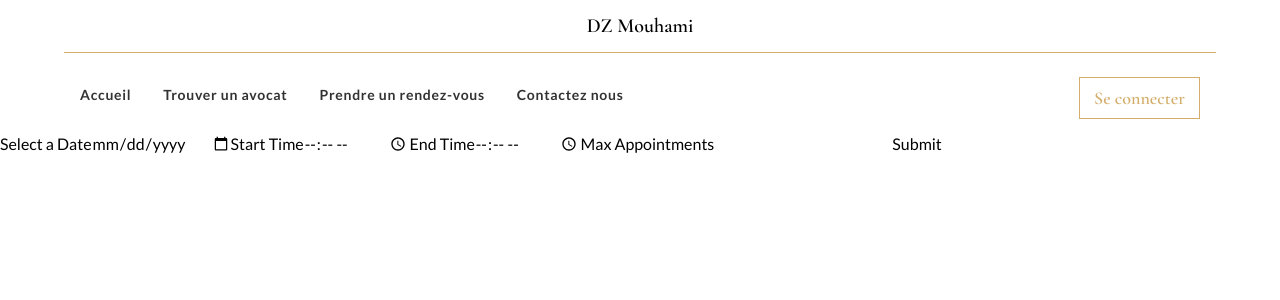
Repository: Chekrouba-Tinhinane/Mohami_dz
Page: /Available (app in client/)
These files come from the project's save history. The page is drawn as it stood at one moment and after the next save; the edit follows.
The browser window is 1280 px wide. The pictures show the whole page.
The page's requests for data from a server got no answer. The project was rebuilt for these pictures with package versions that can differ from the ones it lists, and the page was loaded fresh each time. No one was signed in, and anything a server would have sent is missing. Also part of the build but not shown: client/vite.config.js, client/src/components/super/Footer.jsx, client/src/LandingPage.jsx, client/src/SignIn.jsx, client/src/components/Selector.jsx, client/src/components/SearchContainer.jsx, client/src/components/LawyerCard.jsx, client/src/components/SearchBar.jsx and 13 more.

Above is the page before, as saved 2024-01-28 03:33:06.

### client/index.html
<!doctype html>
<html lang="en">
  <head>
    <meta charset="UTF-8" />
    <link rel="icon" type="image/svg+xml" href="/vite.svg" />
    <meta name="viewport" content="width=device-width, initial-scale=1.0" />
    <title>Mouhami DZ</title>
  </head>
  <body>
    <div id="root"></div>
    <script type="module" src="/src/App.jsx"></script>
  </body>
</html>

### client/src/App.jsx
import React, { useState, createContext, useContext, useEffect } from "react";
import { createRoot } from "react-dom/client";
import { BrowserRouter, Routes, Route } from "react-router-dom";
import "./index.css";
import LandingPage from "./LandingPage";
import SignIn from "./SignIn";
import Search from "./Search";
import HomeLayout from "./components/super/HomeLayout";
import Profile from "./components/Profile";
import ResultsPage from "./ResultsPage";
import SignUp from "./components/SignUp";
import maria from "./assets/maria/maria.jpg";
import ClientSignIn from "./ClientSignIn";
import AvailabilityForm from "./AvailabilityForm";
import axios from "axios";
import OwnProfile from "./OwnProfile";

const UserDataContext = createContext();

const App = () => {
  const [lawyers, setLawyers] = useState([]);

  useEffect(() => {
    const fetchLawyers = async () => {
      try {
        const response = await axios.get(
          "http://192.168.137.210:8000/avocat/avocat_list"
        );
        console.log(response.data);
        setLawyers(response.data);
      } catch (error) {
        console.error("Error fetching lawyers:", error);
      }
    };

    fetchLawyers(); // Call fetchLawyers when the component mounts
  }, []); // Empty dependency array ensures fetchLawyers is called only onc

  const [userData, setUserData] = useState(null);

  return (
    <UserDataContext.Provider value={{ userData, setUserData }}>
      <BrowserRouter>
        <Routes>
          <Route path={"/"} element={<LandingPage />} />
          <Route
            path={"/profile/:id"}
            element={
              <HomeLayout pageComponent={<Profile lawyers={lawyers} />} />
            }
          />
          <Route
            path={"/SelfProfile"}
            element={
              <HomeLayout
                pageComponent={
                  <OwnProfile
                    lawyer={{
                      avocat: {
                        siteweb: "google.com",
                        photo: "string",
                        ville: "jijel",
                        verified: false,
                        first_name: "BENBATTOUCHE",
                        region: "jijel",
                        id_speciality: 25,
                        id: 1,
                        codepostal: "18000",
                        last_name: "FOUAD TAREK",
                        password: "password",
                        email: "BENBATTOUCHE1@gmail.com",
                        langue: "arabic",
                        telephone: "1",
                        latitude: 0,
                        longitude: 0,
                      },
                      speciality_name: "Droit de l'immigration",
                    }}
                  />
                }
              />
            }
          />

          <Route path={"/ClientSignin"} element={<ClientSignIn />} />

          <Route
            path={"/Search"}
            element={
              <HomeLayout
                pageComponent={
                  <Search lawyers={lawyers} setLawyers={setLawyers} />
                }
              />
            }
          />
          <Route
            path={"/Available"}
            element={<HomeLayout pageComponent={<AvailabilityForm />} />}
          />
          <Route path={"/Signin"} element={<SignIn />} />
          {/*  <Route
          path={"/Schedule"}
          element={<HomeLayout pageComponent={<Schedule />} />}
        />


        <Route
          path={"/profile/:id"}
          element={<HomeLayout pageComponent={<Profile />} />}
        /> */}
          <Route
            path={"/SignUp"}
            element={<HomeLayout pageComponent={<SignUp />} />}
          />
        </Routes>
      </BrowserRouter>
    </UserDataContext.Provider>
  );
};

export const useUserData = () => useContext(UserDataContext);

export default App;

const root = createRoot(document.getElementById("root"));
root.render(<App />);

### client/src/index.css
@import url("https://fonts.googleapis.com/css2?family=Cormorant+Garamond:wght@300;400;500;600;700&family=Lato:wght@100;300;400;700;900&display=swap");

@tailwind base;
@tailwind components;
@tailwind utilities;

@layer base {
  a {
    @apply cursor-pointer;
  }
  h1 {
    @apply text-[50px] font-bold;
  }
  h2 {
    @apply text-[2.5rem] font-bold;
  }
  p {
  }
  h3 {
  }
  h4 {
    @apply text-[1rem] font-semibold;
  }
  textarea {
  }
  input {
  }
  select {
  }
}

* {
  /*font-family: 'Cormorant Garamond', serif; */
  font-family: "Lato", sans-serif;
  box-sizing: border-box;
  padding: 0;
  margin: 0;
}

.recursive {
  font-family: "Cormorant Garamond", serif;
}

.nav-item::after {
  content: "";
  display: block;
  width: 0;
  height: 2px;
  margin-top: 5px;
  background-color: rgb(212, 173, 107);
  transition: width 0.4s;
}

.nav-item:hover::after {
  width: 100%;
}

### client/src/components/super/HomeLayout.jsx
import React, { useState } from "react";
import NavBar from "./NavBar";

const HomeLayout = ({ pageComponent }) => {
  const navLinks = [
    { label: "Accueil", id: "about", offset: -50 },
    { label: "Trouver un avocat", id: "hero", offset: 0 },
    { label: "Prendre un rendez-vous", id: "appoint", offset: 50 },
    { label: "Contactez nous", id: "footer", offset: -100 }
  ];
  return (
    <div className=" flex flex-col min-h-screen items-center">
      <header className=" p-3 recursive border-b border-b-primary w-[90%] text-center font-semibold text-xl">
        {" "}
        DZ Mouhami{" "}
      </header>
      <NavBar links={navLinks} landing={true} />

      <div className={` w-full  `}>{pageComponent}</div>
    </div>
  );
};

export default HomeLayout;

### client/src/AvailabilityForm.jsx
import React from "react";
import { useFormik } from "formik";
import axios from "axios";

const initialValues = {
  DateInterval: "",
  HeureDebut: "",
  HeureFin: "",
  NbrMaxRdv: "",
  id_avocat: 1
};

const validate = (values) => {
  const errors = {};
  if (!values.DateInterval) {
    errors.DateInterval = "Date is required";
  }
  if (!values.HeureDebut) {
    errors.HeureDebut = "Start time is required";
  }
  if (!values.HeureFin) {
    errors.HeureFin = "End time is required";
  }
  if (!values.NbrMaxRdv) {
    errors.NbrMaxRdv = "Max appointments is required";
  } else if (isNaN(values.NbrMaxRdv)) {
    errors.NbrMaxRdv = "Max appointments must be a number";
  }
  return errors;
};

const AvailabilityForm = () => {
  const formik = useFormik({
    initialValues,
    validate,
    onSubmit: async (values) => {
      try {
        const response = await axios.post(
          "http://192.168.137.210:8000/creneau/add_creneau",
          values
        );
        console.log("Response:", response.data);
        // Handle success response
      } catch (error) {
        console.error("Error:", error);
        // Handle error response
      }
    },
  });

  return (
    <div>
      <form onSubmit={formik.handleSubmit}>
        <label htmlFor="DateInterval">Select a Date</label>
        <input
          id="DateInterval"
          name="DateInterval"
          type="date"
          value={formik.values.DateInterval}
          onChange={formik.handleChange}
        />
        {formik.errors.DateInterval && <div>{formik.errors.DateInterval}</div>}

        <label htmlFor="HeureDebut">Start Time</label>
        <input
          id="HeureDebut"
          name="HeureDebut"
          type="time"
          value={formik.values.HeureDebut}
          onChange={formik.handleChange}
        />
        {formik.errors.HeureDebut && <div>{formik.errors.HeureDebut}</div>}

        <label htmlFor="HeureFin">End Time</label>
        <input
          id="HeureFin"
          name="HeureFin"
          type="time"
          value={formik.values.HeureFin}
          onChange={formik.handleChange}
        />
        {formik.errors.HeureFin && <div>{formik.errors.HeureFin}</div>}

        <label htmlFor="NbrMaxRdv">Max Appointments</label>
        <input
          id="NbrMaxRdv"
          name="NbrMaxRdv"
          type="number"
          value={formik.values.NbrMaxRdv}
          onChange={formik.handleChange}
        />
        {formik.errors.NbrMaxRdv && <div>{formik.errors.NbrMaxRdv}</div>}

        <button type="submit">Submit</button>
      </form>
    </div>
  );
};

export default AvailabilityForm;

### client/src/components/super/NavBar.jsx
import { motion } from "framer-motion";
import { Link } from "react-router-dom";
import { Link as ScrollLink } from "react-scroll";

const NavBar = ({ links, landing }) => {
  return (
    <div
      whileHover={{ scale: 1, originX: 0, color: "#D4AD6B" }}
      transition={{ type: "tween", duration: 0.2 }}
      className={`  ${
        landing ? "px-20" : ""
      } flex items-center pt-6 mb-3 w-full justify-between `}
    >
      <motion.ul className="flex gap-[2rem] text-sm">
        {links.map((link, index) => (
          <motion.li
            key={index}
            whileHover={{ scale: 1, originX: 0, color: "#D4AD6B" }}
            transition={{ type: "tween", duration: 0.2 }}
            className="font-semibold opacity-80 tracking-wider cursor-pointer"
          >
            <ScrollLink
              to={link.id}
              spy={true}
              smooth={true}
              offset={link.offset}
              duration={500}
              className="nav-item"
            >
              {link.label}
            </ScrollLink>
          </motion.li>
        ))}
      </motion.ul>
      {landing && (
        <div className="flex gap-[1rem]">
          <Link
            to={"/SignIn"}
            href=""
            className="recursive flex items-center font-semibold text-primary border border-primary bg-white text-center text-lg py-1.5 px-3.5 hover:bg-opacity-70"
          >
            Se connecter
          </Link>
        </div>
      )}
    </div>
  );
};

export default NavBar;

### client/tailwind.config.js
/** @type {import('tailwindcss').Config} */
module.exports = {
  content: ["./src/**/*.{js,jsx,ts,tsx}"],
  theme: {
    extend: {
      colors: {
        lightBrown: "#FAF5EE",
        primary: "#D4AD6B",
        lightTypo: "#563D2B"
      },
    },
  },
  plugins: [],
};

After the next save:
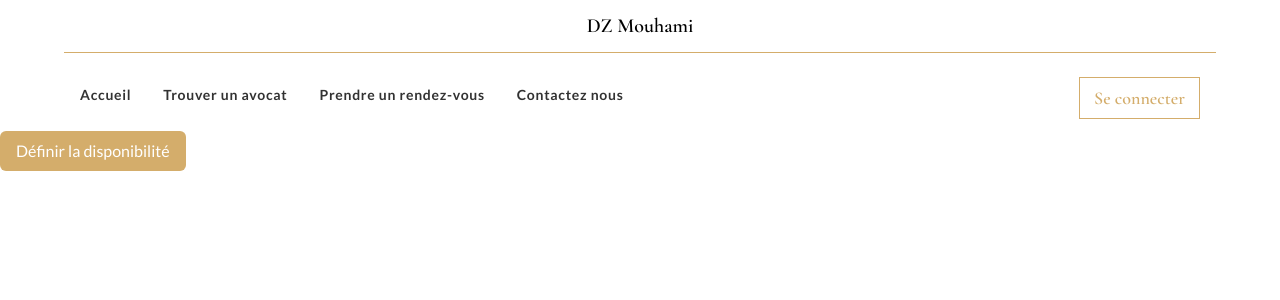
Saved 2 min 29 s later.
--- a/client/src/AvailabilityForm.jsx
+++ b/client/src/AvailabilityForm.jsx
@@ -1,100 +1,41 @@
-import React from "react";
+import React, { useState } from "react";
 import { useFormik } from "formik";
 import axios from "axios";
+import AvailabilityForm from "./AvailabilityForm"; // Import the AvailabilityForm component
 
-const initialValues = {
-  DateInterval: "",
-  HeureDebut: "",
-  HeureFin: "",
-  NbrMaxRdv: "",
-  id_avocat: 1
-};
-
-const validate = (values) => {
-  const errors = {};
-  if (!values.DateInterval) {
-    errors.DateInterval = "Date is required";
-  }
-  if (!values.HeureDebut) {
-    errors.HeureDebut = "Start time is required";
-  }
-  if (!values.HeureFin) {
-    errors.HeureFin = "End time is required";
-  }
-  if (!values.NbrMaxRdv) {
-    errors.NbrMaxRdv = "Max appointments is required";
-  } else if (isNaN(values.NbrMaxRdv)) {
-    errors.NbrMaxRdv = "Max appointments must be a number";
-  }
-  return errors;
-};
-
-const AvailabilityForm = () => {
-  const formik = useFormik({
-    initialValues,
-    validate,
-    onSubmit: async (values) => {
-      try {
-        const response = await axios.post(
-          "http://192.168.137.210:8000/creneau/add_creneau",
-          values
-        );
-        console.log("Response:", response.data);
-        // Handle success response
-      } catch (error) {
-        console.error("Error:", error);
-        // Handle error response
-      }
-    },
-  });
-
+const SetAvailabilityModal = ({ onClose }) => {
   return (
-    <div>
-      <form onSubmit={formik.handleSubmit}>
-        <label htmlFor="DateInterval">Select a Date</label>
-        <input
-          id="DateInterval"
-          name="DateInterval"
-          type="date"
-          value={formik.values.DateInterval}
-          onChange={formik.handleChange}
-        />
-        {formik.errors.DateInterval && <div>{formik.errors.DateInterval}</div>}
-
-        <label htmlFor="HeureDebut">Start Time</label>
-        <input
-          id="HeureDebut"
-          name="HeureDebut"
-          type="time"
-          value={formik.values.HeureDebut}
-          onChange={formik.handleChange}
-        />
-        {formik.errors.HeureDebut && <div>{formik.errors.HeureDebut}</div>}
-
-        <label htmlFor="HeureFin">End Time</label>
-        <input
-          id="HeureFin"
-          name="HeureFin"
-          type="time"
-          value={formik.values.HeureFin}
-          onChange={formik.handleChange}
-        />
-        {formik.errors.HeureFin && <div>{formik.errors.HeureFin}</div>}
-
-        <label htmlFor="NbrMaxRdv">Max Appointments</label>
-        <input
-          id="NbrMaxRdv"
-          name="NbrMaxRdv"
-          type="number"
-          value={formik.values.NbrMaxRdv}
-          onChange={formik.handleChange}
-        />
-        {formik.errors.NbrMaxRdv && <div>{formik.errors.NbrMaxRdv}</div>}
-
-        <button type="submit">Submit</button>
-      </form>
+    <div className="modal">
+      <div className="modal-content">
+        <span className="close" onClick={onClose}>&times;</span>
+        <AvailabilityForm />
+      </div>
     </div>
   );
 };
 
-export default AvailabilityForm;
+const SetAvailabilityButton = () => {
+  const [showModal, setShowModal] = useState(false);
+
+  const openModal = () => {
+    setShowModal(true);
+  };
+
+  const closeModal = () => {
+    setShowModal(false);
+  };
+
+  return (
+    <div>
+      <button
+        onClick={openModal}
+        className="bg-primary text-white px-4 py-2 rounded-md hover:opacity-80"
+      >
+        Définir la disponibilité
+      </button>
+      {showModal && <SetAvailabilityModal onClose={closeModal} />}
+    </div>
+  );
+};
+
+export default SetAvailabilityButton;

After the save that followed:
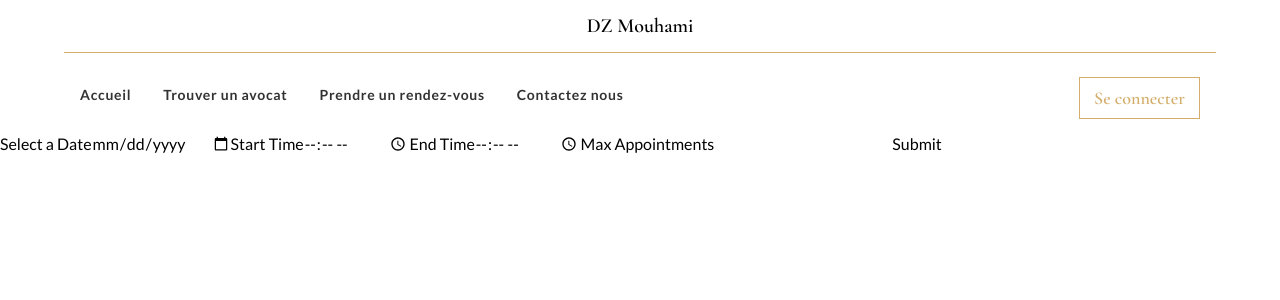
Saved 18 s later.
--- a/client/src/AvailabilityForm.jsx
+++ b/client/src/AvailabilityForm.jsx
@@ -1,41 +1,100 @@
-import React, { useState } from "react";
+import React from "react";
 import { useFormik } from "formik";
 import axios from "axios";
-import AvailabilityForm from "./AvailabilityForm"; // Import the AvailabilityForm component
 
-const SetAvailabilityModal = ({ onClose }) => {
+const initialValues = {
+  DateInterval: "",
+  HeureDebut: "",
+  HeureFin: "",
+  NbrMaxRdv: "",
+  id_avocat: 1
+};
+
+const validate = (values) => {
+  const errors = {};
+  if (!values.DateInterval) {
+    errors.DateInterval = "Date is required";
+  }
+  if (!values.HeureDebut) {
+    errors.HeureDebut = "Start time is required";
+  }
+  if (!values.HeureFin) {
+    errors.HeureFin = "End time is required";
+  }
+  if (!values.NbrMaxRdv) {
+    errors.NbrMaxRdv = "Max appointments is required";
+  } else if (isNaN(values.NbrMaxRdv)) {
+    errors.NbrMaxRdv = "Max appointments must be a number";
+  }
+  return errors;
+};
+
+const AvailabilityForm = () => {
+  const formik = useFormik({
+    initialValues,
+    validate,
+    onSubmit: async (values) => {
+      try {
+        const response = await axios.post(
+          "http://192.168.137.210:8000/creneau/add_creneau",
+          values
+        );
+        console.log("Response:", response.data);
+        // Handle success response
+      } catch (error) {
+        console.error("Error:", error);
+        // Handle error response
+      }
+    },
+  });
+
   return (
-    <div className="modal">
-      <div className="modal-content">
-        <span className="close" onClick={onClose}>&times;</span>
-        <AvailabilityForm />
-      </div>
+    <div>
+      <form onSubmit={formik.handleSubmit}>
+        <label htmlFor="DateInterval">Select a Date</label>
+        <input
+          id="DateInterval"
+          name="DateInterval"
+          type="date"
+          value={formik.values.DateInterval}
+          onChange={formik.handleChange}
+        />
+        {formik.errors.DateInterval && <div>{formik.errors.DateInterval}</div>}
+
+        <label htmlFor="HeureDebut">Start Time</label>
+        <input
+          id="HeureDebut"
+          name="HeureDebut"
+          type="time"
+          value={formik.values.HeureDebut}
+          onChange={formik.handleChange}
+        />
+        {formik.errors.HeureDebut && <div>{formik.errors.HeureDebut}</div>}
+
+        <label htmlFor="HeureFin">End Time</label>
+        <input
+          id="HeureFin"
+          name="HeureFin"
+          type="time"
+          value={formik.values.HeureFin}
+          onChange={formik.handleChange}
+        />
+        {formik.errors.HeureFin && <div>{formik.errors.HeureFin}</div>}
+
+        <label htmlFor="NbrMaxRdv">Max Appointments</label>
+        <input
+          id="NbrMaxRdv"
+          name="NbrMaxRdv"
+          type="number"
+          value={formik.values.NbrMaxRdv}
+          onChange={formik.handleChange}
+        />
+        {formik.errors.NbrMaxRdv && <div>{formik.errors.NbrMaxRdv}</div>}
+
+        <button type="submit">Submit</button>
+      </form>
     </div>
   );
 };
 
-const SetAvailabilityButton = () => {
-  const [showModal, setShowModal] = useState(false);
-
-  const openModal = () => {
-    setShowModal(true);
-  };
-
-  const closeModal = () => {
-    setShowModal(false);
-  };
-
-  return (
-    <div>
-      <button
-        onClick={openModal}
-        className="bg-primary text-white px-4 py-2 rounded-md hover:opacity-80"
-      >
-        Définir la disponibilité
-      </button>
-      {showModal && <SetAvailabilityModal onClose={closeModal} />}
-    </div>
-  );
-};
-
-export default SetAvailabilityButton;
+export default AvailabilityForm;
